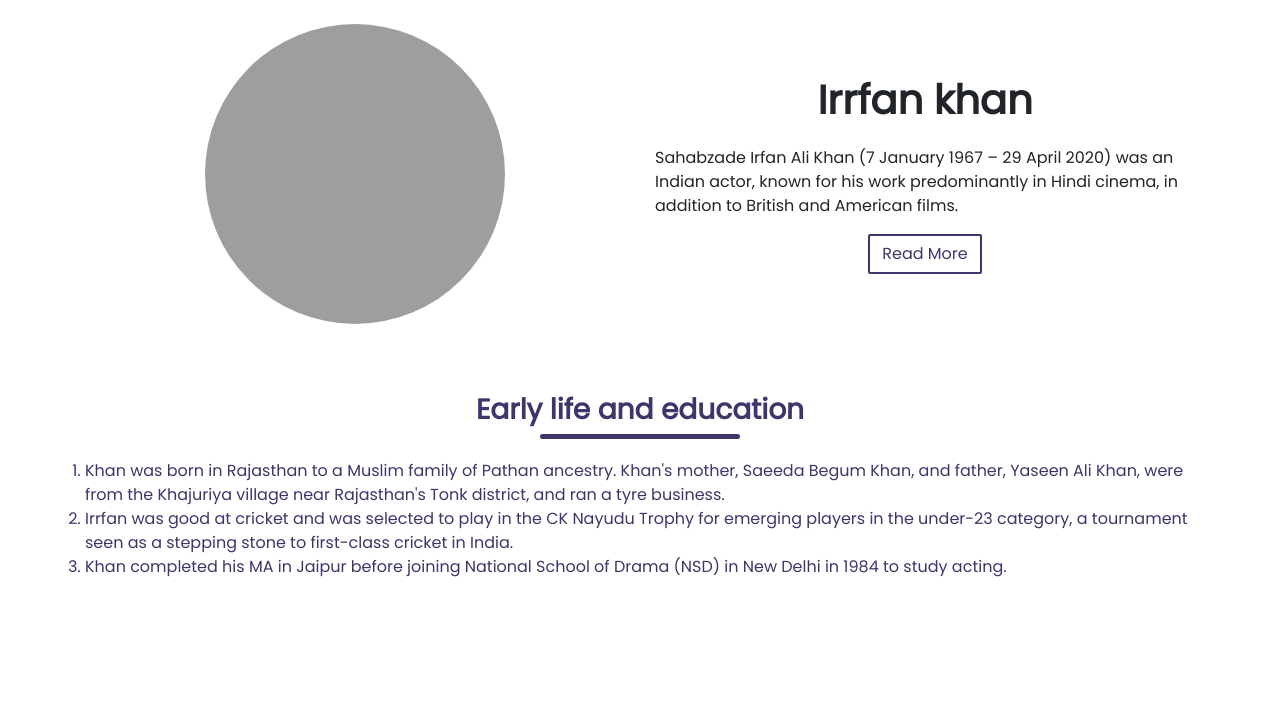
Repository: Mayur2905/OIBSIP
Page: Task-5/index.html
These files come from the project's save history. The page is drawn as it stood at one moment and after the next save; the edit follows.
The browser window is 1280 px wide. The pictures show the whole page.
Pictures or frames that could not be fetched are drawn as grey boxes.

Above is the page before, as saved 2022-02-04 14:52:03.

### Task-5/index.html
<!DOCTYPE html>
<html lang="en">
<head>
    <meta charset="UTF-8">
    <meta http-equiv="X-UA-Compatible" content="IE=edge">
    <meta name="viewport" content="width=device-width, initial-scale=1.0">
    <title>TRIBUTE PAGE | IRFAN KHAN</title>
    <link rel="stylesheet" href="style.css">
    <link rel="stylesheet" href="https://maxcdn.bootstrapcdn.com/bootstrap/4.0.0/css/bootstrap.min.css" integrity="sha384-Gn5384xqQ1aoWXA+058RXPxPg6fy4IWvTNh0E263XmFcJlSAwiGgFAW/dAiS6JXm" crossorigin="anonymous">
    <link rel="preconnect" href="https://fonts.googleapis.com">
<link rel="preconnect" href="https://fonts.gstatic.com" crossorigin>
<link href="https://fonts.googleapis.com/css2?family=Poppins&display=swap" rel="stylesheet">
</head>
<body>
    <section id="heading">
        <div class="container">
            <div class="row">
                <div class="col-md-6 text-center py-4">
                    <img src="https://channeltt.tv/uploads/media_image/2020/04/irfan-khan-Porttret.jpg" width="300px" height="300px">
                </div>
                <div class="col-md-6">
                    <p class="promo-title text-center">Irrfan khan</p>
                    <p>
                        Sahabzade Irfan Ali Khan (7 January 1967 – 29 April 2020) was an Indian actor, known for his work predominantly in Hindi cinema, in addition to British and American films.
                    </p>
                    <div class="text-center">
                        <a href="#more" class="btn btn-primary">Read More</a>
                    </div>
                </div>
            </div>
        </div>
    </section>


    <!------------- Life ----------------->
    <section id="life">
        <div class="container">
        <h3 class="title text-center font-weight-bold">
            Early life and education
        </h3>
        <ol class="py-4">
                <li> Khan was born in Rajasthan to a Muslim family of Pathan ancestry. Khan's mother, Saeeda Begum Khan, and father, Yaseen Ali Khan, were from the Khajuriya village near Rajasthan's Tonk district, and ran a tyre business.</li>
                <li> Irrfan was good at cricket and was selected to play in the CK Nayudu Trophy for emerging players in the under-23 category, a tournament seen as a stepping stone to first-class cricket in India.</li>
                <li> Khan completed his MA in Jaipur before joining National School of Drama (NSD) in New Delhi in 1984 to study acting.</li>
        </ol>

        </div>

    </section>
</body>
</html>

### Task-5/style.css
@import url("https://fonts.googleapis.com/css2?family=Poppins&display=swap");
* {
  margin: 0;
  padding: 0;
}
body {
  font-family: "Poppins", sans-serif !important;
}
img {
  border-radius: 50%;
}
.promo-title {
  font-size: 40px;
  font-weight: 600;
  margin-top: 70px;
}
.btn-primary {
  box-shadow: none !important;
  padding: 8px 25px;
  border-radius: 2px !important;
  border: 2px solid #3c366b !important;
  color: #3c366b !important;
  background: none !important;
}
.btn-primary:hover {
  background: #3c366b !important;
  color: #fff !important;
  border: 2px solid #fff !important;
}

#life {
  padding: 40px 0;
  color: #3c366b;
}
.title::before {
  content: "";
  background: #3c366b;
  height: 5px;
  width: 200px;
  margin-left: auto;
  margin-right: auto;
  display: block;
  border-radius: 50px;
  transform: translateY(46px);
}
ul {
  list-style-type: none;
  font-weight: lighter;
}
ul li {
  padding: 3px;
  font-weight: 300;
  color: black !important;
}

After the next save:
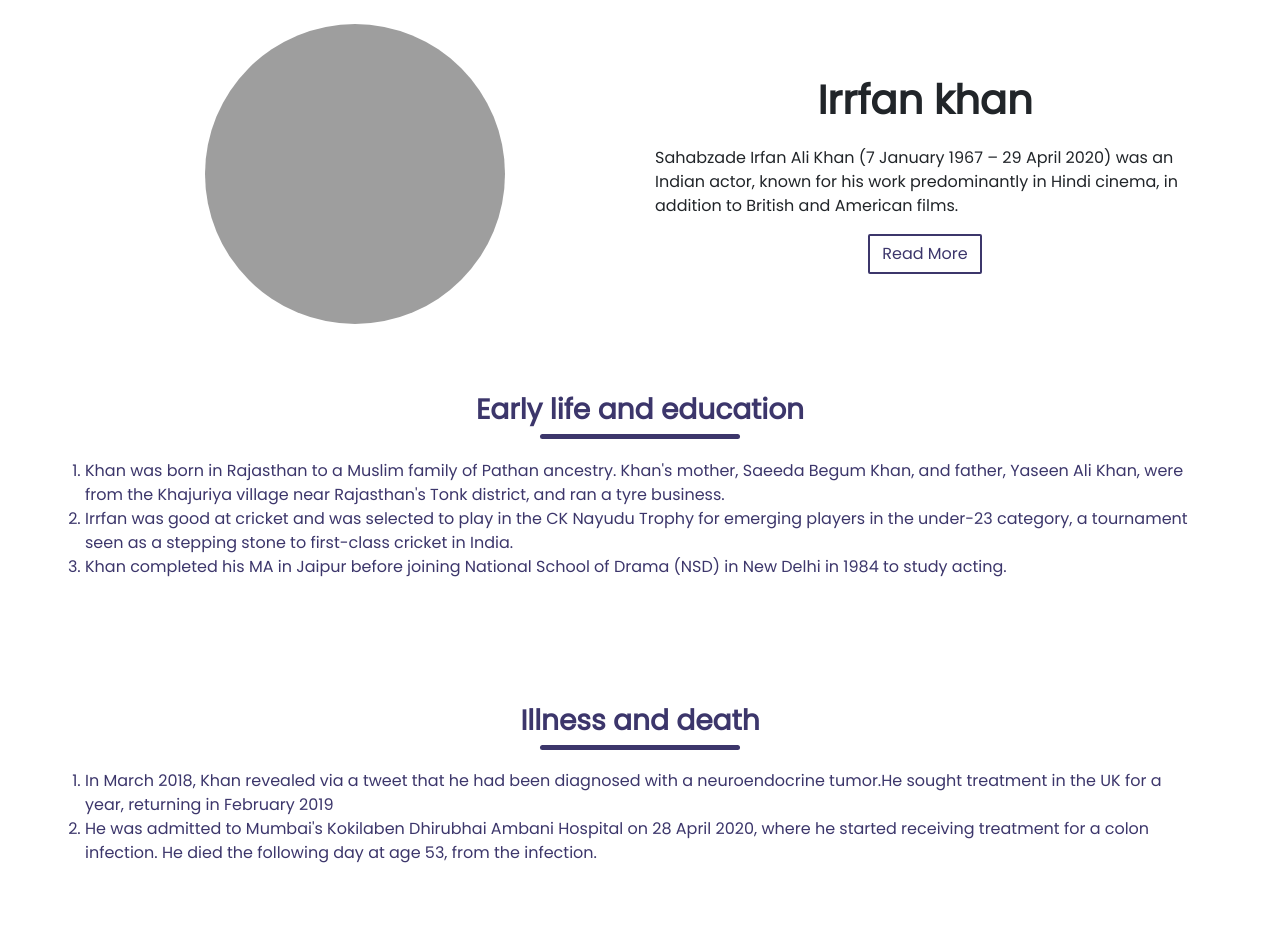
Saved 2 min 2 s later.
--- a/Task-5/index.html
+++ b/Task-5/index.html
@@ -47,5 +47,18 @@
         </div>
 
     </section>
+    <section id="life">
+        <div class="container">
+        <h3 class="title text-center font-weight-bold">
+            Illness and death
+        </h3>
+        <ol class="py-4">
+                <li> In March 2018, Khan revealed via a tweet that he had been diagnosed with a neuroendocrine tumor.He sought treatment in the UK for a year, returning in February 2019</li>
+                <li> He was admitted to Mumbai's Kokilaben Dhirubhai Ambani Hospital on 28 April 2020, where he started receiving treatment for a colon infection. He died the following day at age 53, from the infection.</li>
+        </ol>
+
+        </div>
+
+    </section>
 </body>
 </html>
